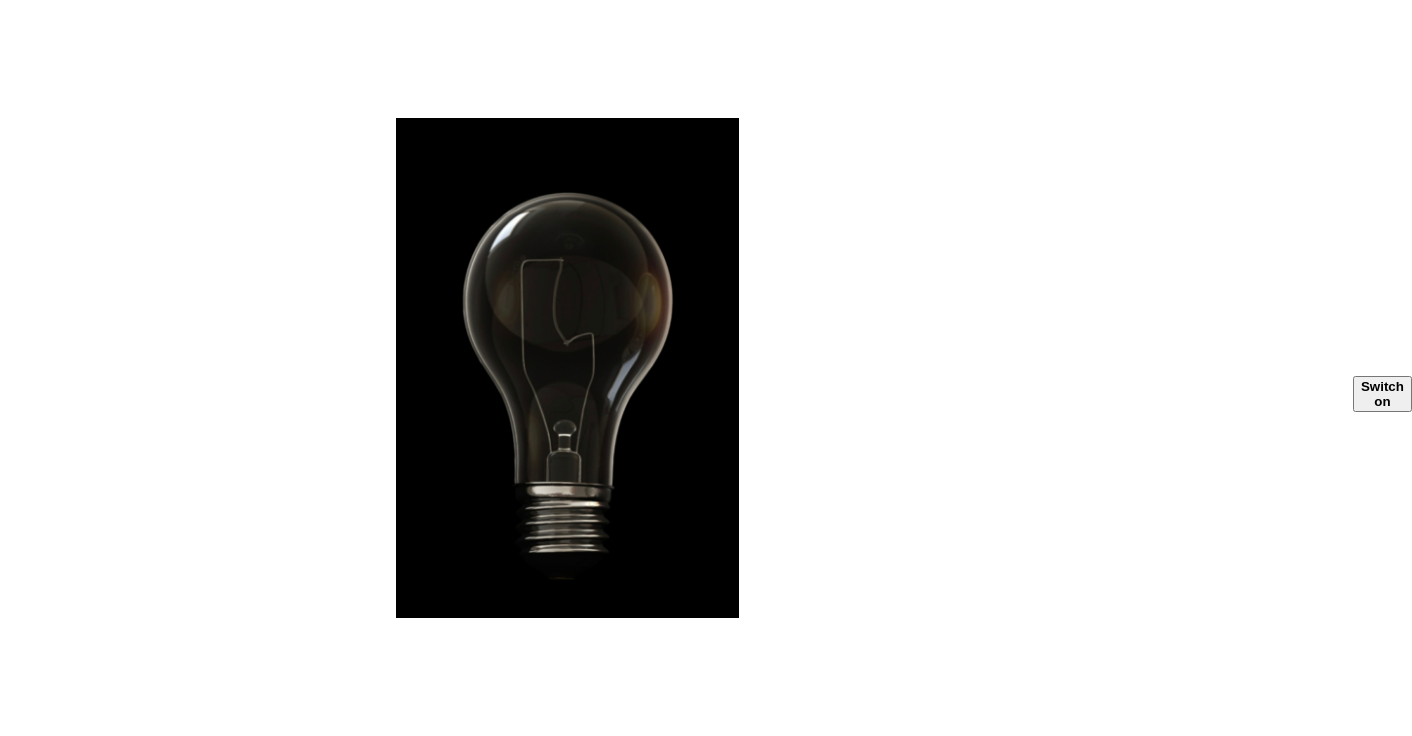
Repository: JunaidAnsari202/bulb
Page: index.html
The author's editor kept a copy of each file at every save. The page is drawn from the files as they stood at one save, then again after the next save.
The browser window is 1280 px wide. The page is 1412 px wide, then 1288 px, so the pictures cover 1412 px, including what lies to the right of the window. The pictures show the whole page.

Above is the page before, as saved 2023-10-27 17:43:42.

After the next save:
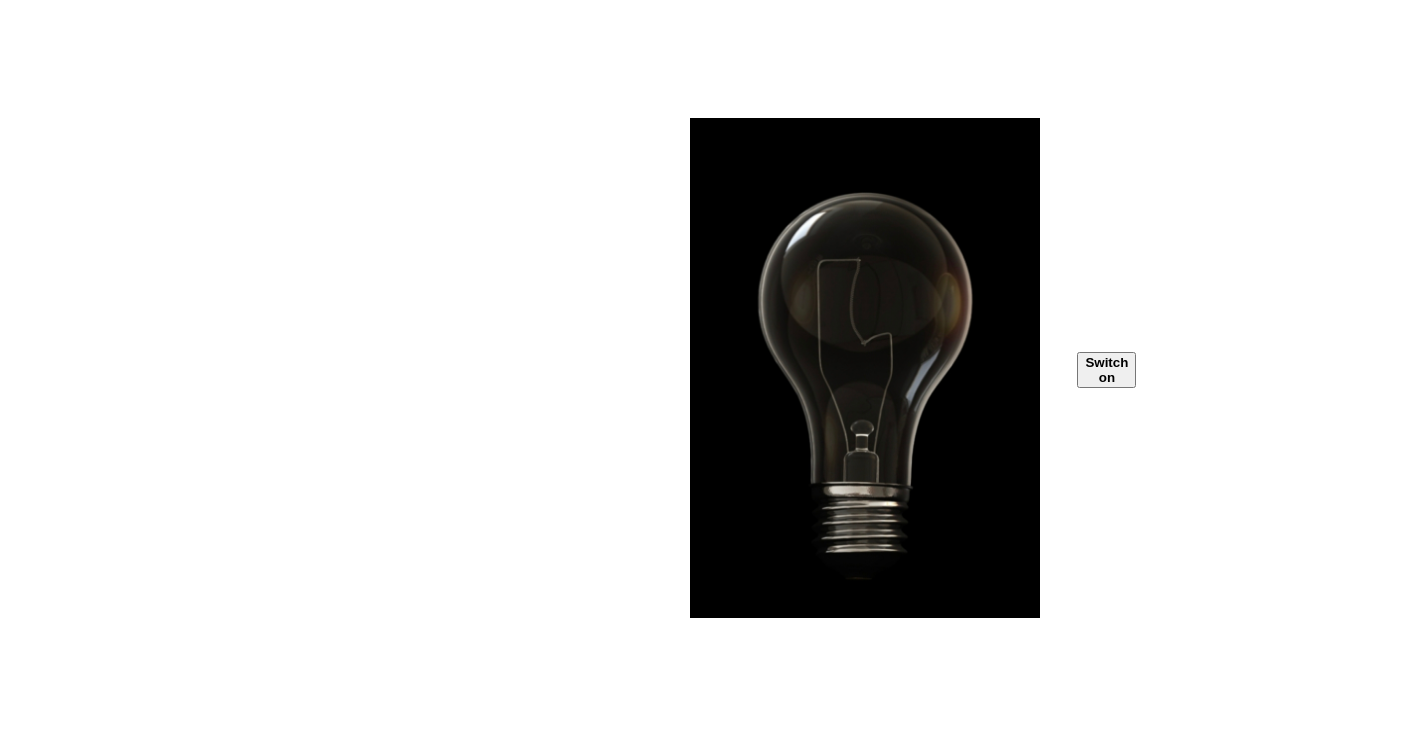
Saved 6 s later.
--- a/index.html
+++ b/index.html
@@ -8,7 +8,7 @@
 </head>
 <body>
     <img id="bulb" src="img/off.jpg" alt="" class="bulb">
-   <div></div> <button id="btn" class="bttn">Switch on</button>
+   <div> <button id="btn" class="bttn">Switch on</button></div>
 </body>
 
 <script>
